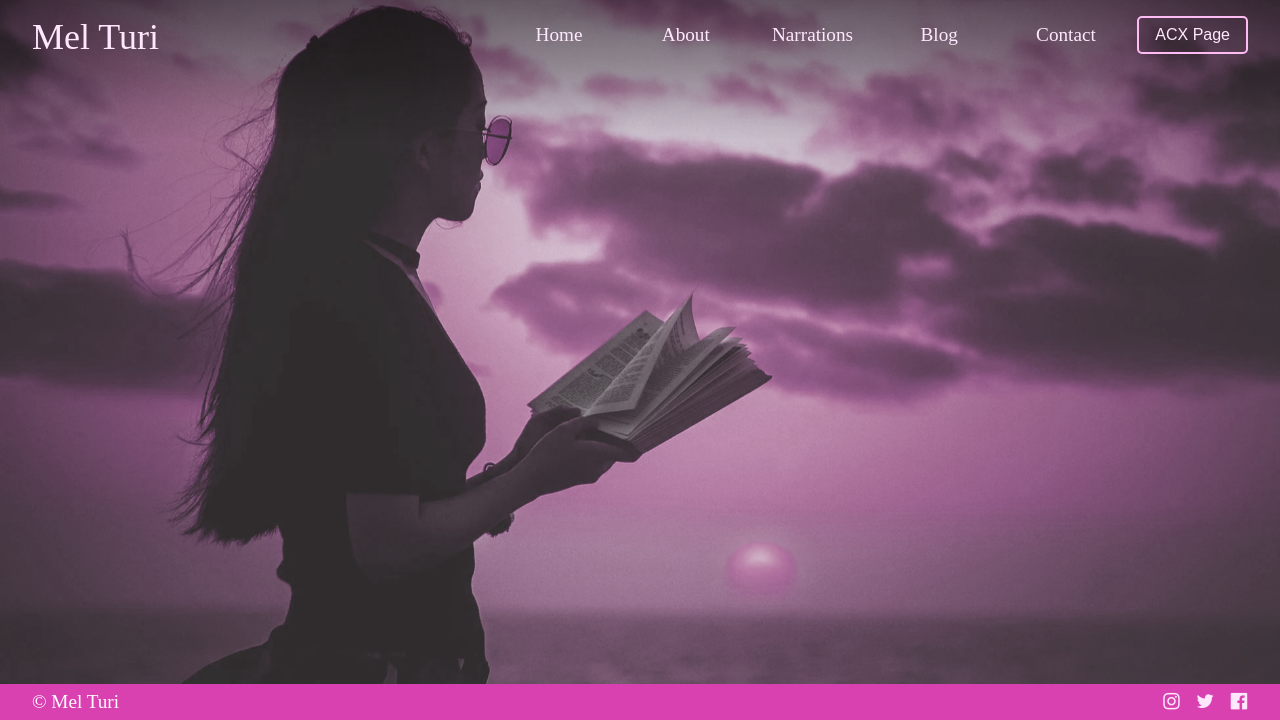
Repository: mel-turi/mel-turi-website
Page: /
The author's editor kept a copy of each file at every save. The page is drawn from the files as they stood at one save, then again after the next save.
The browser window is 1280 px wide. The pictures show the whole page.
Some web fonts or font styles are not loaded; a fallback is used. The project was rebuilt for these pictures with package versions that can differ from the ones it lists, and the page was loaded fresh each time.

Above is the page before, as saved 2019-08-23 21:28:05.

### public/index.html
<!DOCTYPE html>
<html lang="en">
  <head>
    <meta charset="utf-8" />
    <link rel="shortcut icon" href="%PUBLIC_URL%/favicon.ico" />
    <meta name="viewport" content="width=device-width, initial-scale=1" />
    <meta name="theme-color" content="#000000" />
    <meta
      name="description"
      content="Web site created using create-react-app"
    />
    <link
      href="https://fonts.googleapis.com/css?family=Sail&display=swap"
      rel="stylesheet"
    />
    <link
      href="https://stackpath.bootstrapcdn.com/font-awesome/4.7.0/css/font-awesome.min.css"
      rel="stylesheet"
      integrity="sha384-wvfXpqpZZVQGK6TAh5PVlGOfQNHSoD2xbE+QkPxCAFlNEevoEH3Sl0sibVcOQVnN"
      crossorigin="anonymous"
    />
    <link rel="apple-touch-icon" href="logo192.png" />

    <link rel="manifest" href="%PUBLIC_URL%/manifest.json" />

    <title>Mel Turi | Audible Narrator</title>
  </head>
  <body>
    <noscript>You need to enable JavaScript to run this app.</noscript>
    <div id="root"></div>
  </body>
</html>

### src/index.css
:root {
  --light-primary-color: #ffe8fe;
  --light-secondary-color: #fffdff;
  --dark-primary-color: #d941b1;
  --dark-secondary-color: #b524b0;
}

body {
  text-decoration: none;
  text-decoration-color: none;
  margin: 0;
  padding: 0;
  font-family: -apple-system, BlinkMacSystemFont, 'Segoe UI', 'Roboto', 'Oxygen',
    'Ubuntu', 'Cantarell', 'Fira Sans', 'Droid Sans', 'Helvetica Neue',
    sans-serif;
  -webkit-font-smoothing: antialiased;
  -moz-osx-font-smoothing: grayscale;
}

body a {
  text-decoration: none;
  color: var(--light-primary-color);
}

a:hover {
  color: var(--light-secondary-color);
}

code {
  font-family: source-code-pro, Menlo, Monaco, Consolas, 'Courier New',
    monospace;
}

.wrapper {
  background: url(./assets/bg-main-1.png) no-repeat center center fixed;
  background-size: cover;
  z-index: 2;
  display: grid;
  grid-template-rows: auto 1fr auto;
  align-items: space-between;
  min-height: 100vh;
}

.nav-wrapper {
  color: var(--light-primary-color);
  font-family: 'Sail', cursive;
  font-size: 1.2rem;
  height: 15vh;
  display: grid;
  grid-template-columns: 1fr 6fr;
  align-items: start;
  justify-content: space-between;
  margin: 0;
  padding: 1rem 0 1rem 0;
  background: linear-gradient(
    rgba(0, 0, 0, 0.45),
    rgba(0, 0, 0, 0.35),
    rgba(0, 0, 0, 0.25),
    rgba(0, 0, 0, 0.1),
    rgba(0, 0, 0, 0)
  );
}

.title {
  font-size: 2.25rem;
  padding-left: 2rem;

  justify-self: start;
}
.main-navigation {
  color: var(--light-primary-color);
  justify-self: end;
  padding-right: 2rem;
}
.main-navigation > ul {
  display: grid;
  grid-template-columns: 1fr 1fr 1fr 1fr 1fr 1fr;
  grid-column-gap: 1rem;
  justify-items: center;
  align-items: center;
  margin: 0;
  padding: 0;
  list-style-type: none;
}

.main-navigation > ul > li {
  justify-self: center;
}

.button {
  font-family: Arial, Helvetica, sans-serif;
  font-size: 1rem;
  border: 2px solid #fdbcf4;
  border-radius: 5px;
  padding: 0.5rem 1rem 0.5rem 1rem;
}

.footer {
  color: var(--light-secondary-color);
  font-family: 'Sail', cursive;
  font-size: 1.2rem;
  height: 5vh;
  display: grid;
  grid-template-columns: 1fr 1fr;
  align-items: center;
  justify-content: space-between;
  margin: 0;
  padding: 0;
  background: var(--dark-primary-color);
}
.social-footer {
  justify-self: end;
  padding-right: 2rem;
}
.social-footer > ul {
  display: grid;
  grid-template-columns: 1fr 1fr 1fr;
  grid-column-gap: 1rem;
  justify-items: center;
  align-items: center;
  margin: 0;
  padding: 0;
  list-style-type: none;
}

.copyright {
  justify-self: start;
  padding-left: 2rem;
}

### src/App.js
import React from 'react';
import Footer from './Footer';
import Header from './Header';
import Content from './Content';
import './App.css';
import { BrowserRouter as Router, Switch, Route } from 'react-router-dom';

function App() {
  return (
    <Router>
      <div className='App'>
        <div className='wrapper'>
          <Header />
          <Content />
          <Footer />
        </div>
      </div>
    </Router>
  );
}

export default App;

### src/Footer.js
import React, { Component } from 'react';

export class Footer extends Component {
  render() {
    return (
      <footer className='footer'>
        <div className='copyright'>&copy; Mel Turi</div>
        <div className='social-footer'>
          <ul>
            <li>
              <a href='https://www.instagram.com/'>
                <i className='fa fa-instagram'></i>
              </a>
            </li>
            <li>
              <a href='https://www.twitter.com/'>
                <i className='fa fa-twitter'></i>
              </a>
            </li>

            <li>
              <a href='https://www.facebook.com/'>
                <i className='fa fa-facebook-official'></i>
              </a>
            </li>
          </ul>
        </div>
      </footer>
    );
  }
}

export default Footer;

### src/Header.js
import React, { Component } from 'react';
import { Link } from 'react-router-dom';

export class Header extends Component {
  render() {
    return (
      <nav className='nav-wrapper'>
        <div className='title'>Mel Turi</div>
        <div className='main-navigation'>
          <ul>
            <li>
              <Link to='/home'>Home</Link>
            </li>
            <li>
              <Link to='/about'>About</Link>
            </li>
            <li>
              <Link to='/narrations'>Narrations</Link>
            </li>
            <li>
              <Link to='/blog'>Blog</Link>
            </li>
            <li>
              <Link to='/contact'>Contact</Link>
            </li>
            <div className='button nav-button'>
              <li>
                <a href='https://www.acx.com/narrator?p=AI0XTZMVU6YKG'>
                  ACX Page
                </a>
              </li>
            </div>
          </ul>
        </div>
      </nav>
    );
  }
}

export default Header;

### src/Content.js
import React, { Component } from 'react';

export class Content extends Component {
  render() {
    return <div></div>;
  }
}

export default Content;

Loaded but not shown: src/index.js (common file); src/App.css (common file)

After the next save:
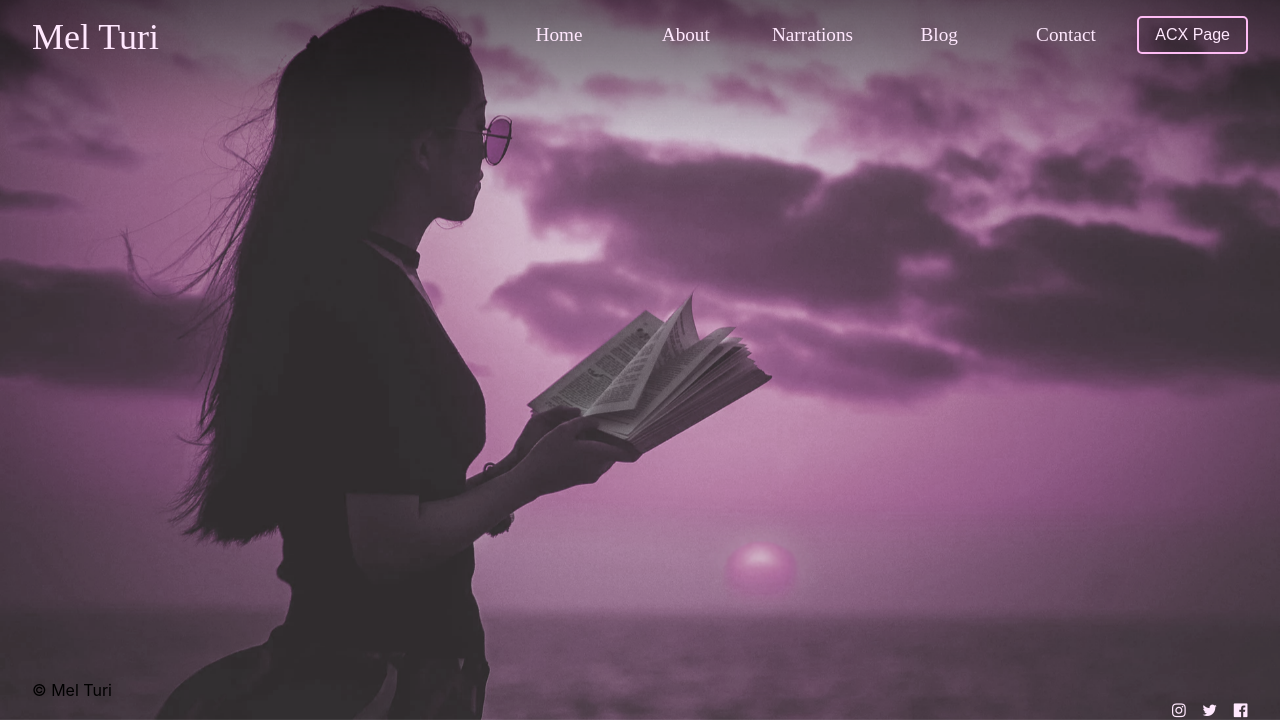
Saved 12 s later.
--- a/src/index.css
+++ b/src/index.css
@@ -95,7 +95,7 @@
   padding: 0.5rem 1rem 0.5rem 1rem;
 }
 
-.footer {
+footer .footer {
   color: var(--light-secondary-color);
   font-family: 'Sail', cursive;
   font-size: 1.2rem;

After the save that followed:
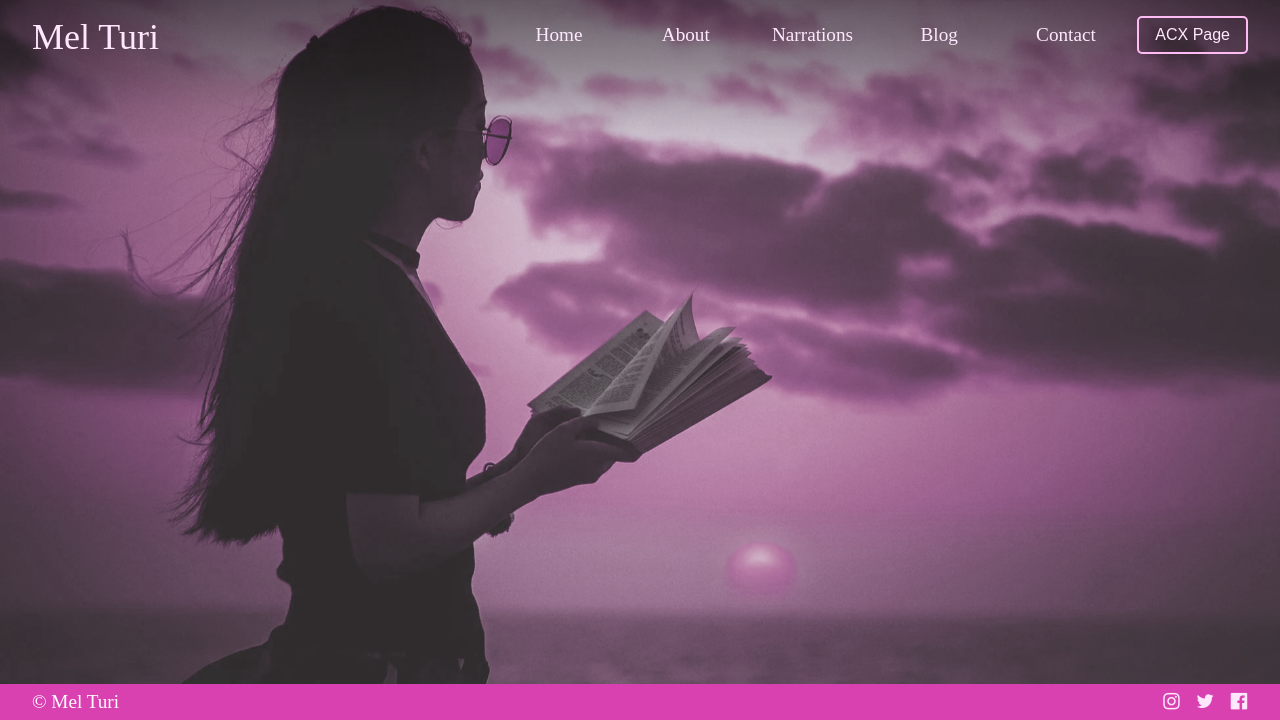
Saved 8 s later.
--- a/src/index.css
+++ b/src/index.css
@@ -95,7 +95,7 @@
   padding: 0.5rem 1rem 0.5rem 1rem;
 }
 
-footer .footer {
+footer {
   color: var(--light-secondary-color);
   font-family: 'Sail', cursive;
   font-size: 1.2rem;
